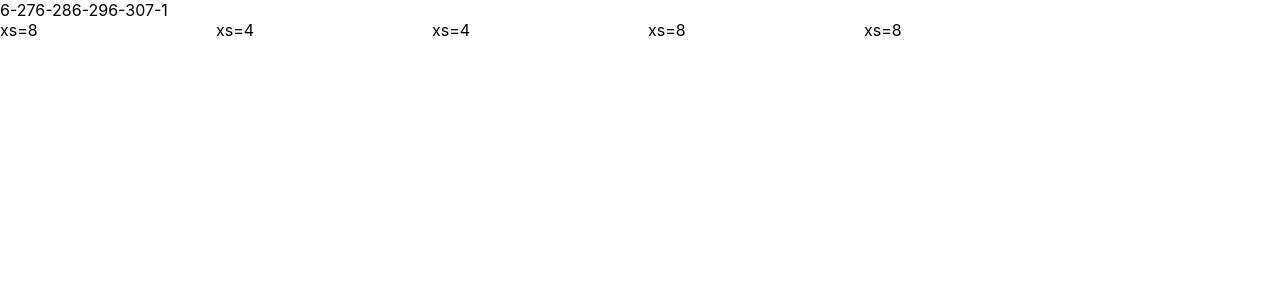
Repository: lplsz/Visionaries
Page: /test (app in frontend/)
An editor plug-in stored every save of this project. The page is shown before and after the next save, followed by the edit.
The browser window is 1280 px wide. The pictures show the whole page.
The project was rebuilt for these pictures with package versions that can differ from the ones it lists, and the page was loaded fresh each time. Also part of the build but not shown: frontend/src/Main.jsx, frontend/src/component/HomeCard.jsx, frontend/src/component/StudentHeader.jsx, frontend/src/component/QACard.jsx, frontend/src/page/StudentMain.jsx, frontend/src/component/ExpertHeader.jsx, frontend/src/page/ExpertMain.jsx, frontend/src/page/StudentLogin.jsx and 6 more.

Above is the page before, as saved 2022-06-30 20:10:49.

### frontend/src/App.jsx
import React from 'react';
import {
  BrowserRouter,
  Routes,
  Route
} from 'react-router-dom';

import HomePage from './page/HomePage.jsx';
import StudentMain from './page/StudentMain';
import ExpertMain from './page/ExpertMain';
import StudentProfile from './page/StudentProfile';
import ExpertProfile from './page/ExpertProfile';
import StudentLogin from './page/StudentLogin';
import ExpertLogin from './page/ExpertLogin.jsx';
import StudentRegister from './page/StudentRegister.jsx';
import ExpertRegister from './page/ExpertRegister.jsx';
import StudentQAList from './page/StudentQAList.jsx';
import QACategory from './page/QACategory'
import ExpertAva from './page/ExpertAva.jsx';
import StudentFindExpert from './page/StudentFindExpert.jsx';
import Test from './page/Test.jsx'

function App() {
  return (
    <BrowserRouter>
      <Routes>
        <Route path="/" element={<HomePage />} />
        <Route path="/student_register" element={<StudentRegister />} />
        <Route path="/student_login" element={<StudentLogin />} />
        <Route path="/contributor_register" element={<ExpertRegister />} />
        <Route path="/contributor_login" element={<ExpertLogin />} />
        <Route path="/student_main" element={<StudentMain />} />
        <Route path="/expert_main" element={<ExpertMain />} />
        <Route path="/student_profile" element={<StudentProfile />} />
        <Route path="/expert_profile" element={<ExpertProfile />} />
        <Route path="/student_QA_list" element={<StudentQAList />} />
        <Route path="/QACategory" element={<QACategory />} />
        <Route path="/expert_ava" element={<ExpertAva />} />
        <Route path="/find_expert" element={<StudentFindExpert />} />
        <Route path="/test" element={<Test />}></Route>

      </Routes>
    </BrowserRouter>
  );
}

export default App;

### frontend/src/page/HomePage.jsx
/* eslint-disable no-unused-vars */
import React from 'react';
import CssBaseline from '@mui/material/CssBaseline';
import Grid from '@mui/material/Grid';
import Typography from '@mui/material/Typography';
import GlobalStyles from '@mui/material/GlobalStyles';
import Container from '@mui/material/Container';
import { useNavigate } from 'react-router-dom';
import { Copyright } from '../Main';
import HomeCard from '../component/HomeCard';
import LoginIcon from '@mui/icons-material/Login';
import AssignmentIndIcon from '@mui/icons-material/AssignmentInd';
import background from './img/background.jpg'

const tiers = [
  {
    icon: <LoginIcon fontSize="large" color="success"/>,
    title: 'Student',
    buttonText1: 'Sign up your account',
    buttonText2: 'Register for free',
    buttonVariant: 'outlined',
    navigator1: '/student_login',
    navigator2: '/student_register'
  },
  {
    icon: <AssignmentIndIcon fontSize="large" color="secondary"/>,
    title: 'Expert',
    buttonText1: 'Sign up your account',
    buttonText2: 'Register for free',
    buttonVariant: 'outlined',
    navigator1: '/Expert_login',
    navigator2: '/Expert_register'
  },
];

function HomePage () {
  const navigate = useNavigate();
  return (
    <div style = {{backgroundImage: `url(${background})`, backgroundSize: '100% 100%'}}>
      <GlobalStyles styles={{ ul: { margin: 0, padding: 0, listStyle: 'none' } }} />
      <CssBaseline />
      <Container disableGutters maxWidth="sm" component="main" sx={{ pt: 8, pb: 6 }}>
        <Typography
          component="h1"
          variant="h1"
          align="center"
          color="white"
          gutterBottom
        >
          Welcome to Visionaries!
        </Typography>
      </Container>
      <Container maxWidth="md" component="main">
        <Grid container spacing={5} alignItems="flex-end">
          {tiers.map((tier, index) => <HomeCard key={index} tier={tier} navigate={navigate} />)}
        </Grid>
      </Container>

      <Container
        maxWidth="md"
        component="footer"
        sx={{
          mt: 8,
          py: [3, 6],
        }}
      >
      </Container>
    </div>
  );
}

export default HomePage;

### frontend/src/page/StudentProfile.jsx
const StudentProfile = () => {

}
export default StudentProfile;

### frontend/src/page/ExpertProfile.jsx
const ExpertProfile = () => {

}
export default ExpertProfile;

### frontend/src/page/StudentQAList.jsx
const StudentQAList = () => {

}
export default StudentQAList;

### frontend/src/page/Test.jsx
import React, { useState } from 'react';

import Grid from '@mui/material/Grid';

const Test = () => {
  const date = new Date('2022-06-30T00:00:00.000');
  function timeFormat(date) {
    if (!date || typeof (date) === "string") {
      this.error("参数异常，请检查...");
    }
    var y = date.getFullYear(); //年
    var m = date.getMonth() + 1; //月
    var d = date.getDate(); //日

    return m + "-" + d;
  }

  function getFirstDayOfWeek(date, i) {

    var weekday = date.getDay() || 7; //获取星期几,getDay()返回值是 0（周日） 到 6（周六） 之间的一个整数。0||7为7，即weekday的值为1-7

    date.setDate(date.getDate() - weekday + i);//往前算（weekday-1）天，年份、月份会自动变化
    return timeFormat(date);
  }
  function getDays(date) {
    const l = []
    for (let i = 1; i < 6; i++) {
      l.push(getFirstDayOfWeek(date, i))
    }
    return l
  }

  return (
    <div>
      <div> {getDays(date)}</div>
      <Grid container spacing={2}>
        <Grid item xs={2}>
          xs=8
        </Grid>
        <Grid item xs={2}>
          xs=4
        </Grid>
        <Grid item xs={2}>
          xs=4
        </Grid>
        <Grid item xs={2}>
          xs=8
        </Grid>
        <Grid item xs={2}>
          xs=8
        </Grid>
      </Grid>
    </div>

  );
}
export default Test;

Loaded but not shown: frontend/public/index.html (common file); frontend/src/index.jsx (common file); frontend/src/index.css (common file)

After the next save:
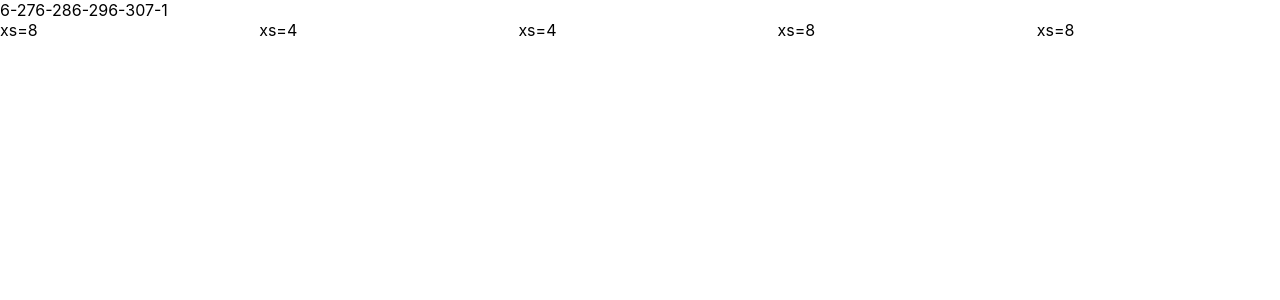
Saved 25 s later.
--- a/frontend/src/page/Test.jsx
+++ b/frontend/src/page/Test.jsx
@@ -34,19 +34,19 @@ const Test = () => {
     <div>
       <div> {getDays(date)}</div>
       <Grid container spacing={2}>
-        <Grid item xs={2}>
+        <Grid item xs={2.4}>
           xs=8
         </Grid>
-        <Grid item xs={2}>
+        <Grid item xs={2.4}>
           xs=4
         </Grid>
-        <Grid item xs={2}>
+        <Grid item xs={2.4}>
           xs=4
         </Grid>
-        <Grid item xs={2}>
+        <Grid item xs={2.4}>
           xs=8
         </Grid>
-        <Grid item xs={2}>
+        <Grid item xs={2.4}>
           xs=8
         </Grid>
       </Grid>
